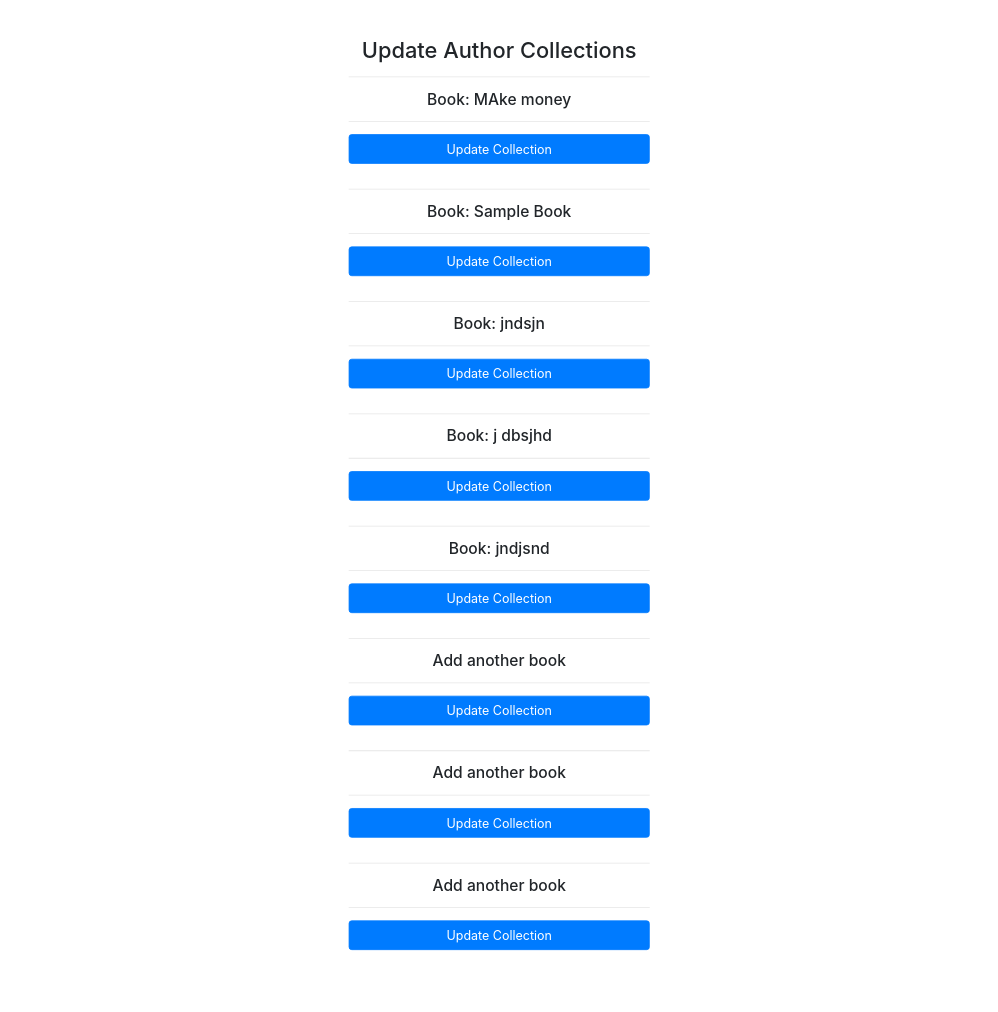
Repository: Temur-Sufiyanov/CBV
Page: http://localhost/author/1/books/edit/
These files come from the project's save history. The page is drawn as it stood at one moment and after the next save; the edit follows.
The browser window is 1280 px wide. The pictures show the whole page, at 78% of full size.
The page is served by the project's application, run on Django 5.2 (manage.py). The page reads the database file committed with the project.

Above is the page before, as saved 2024-12-21 19:48:31.

After the next save:
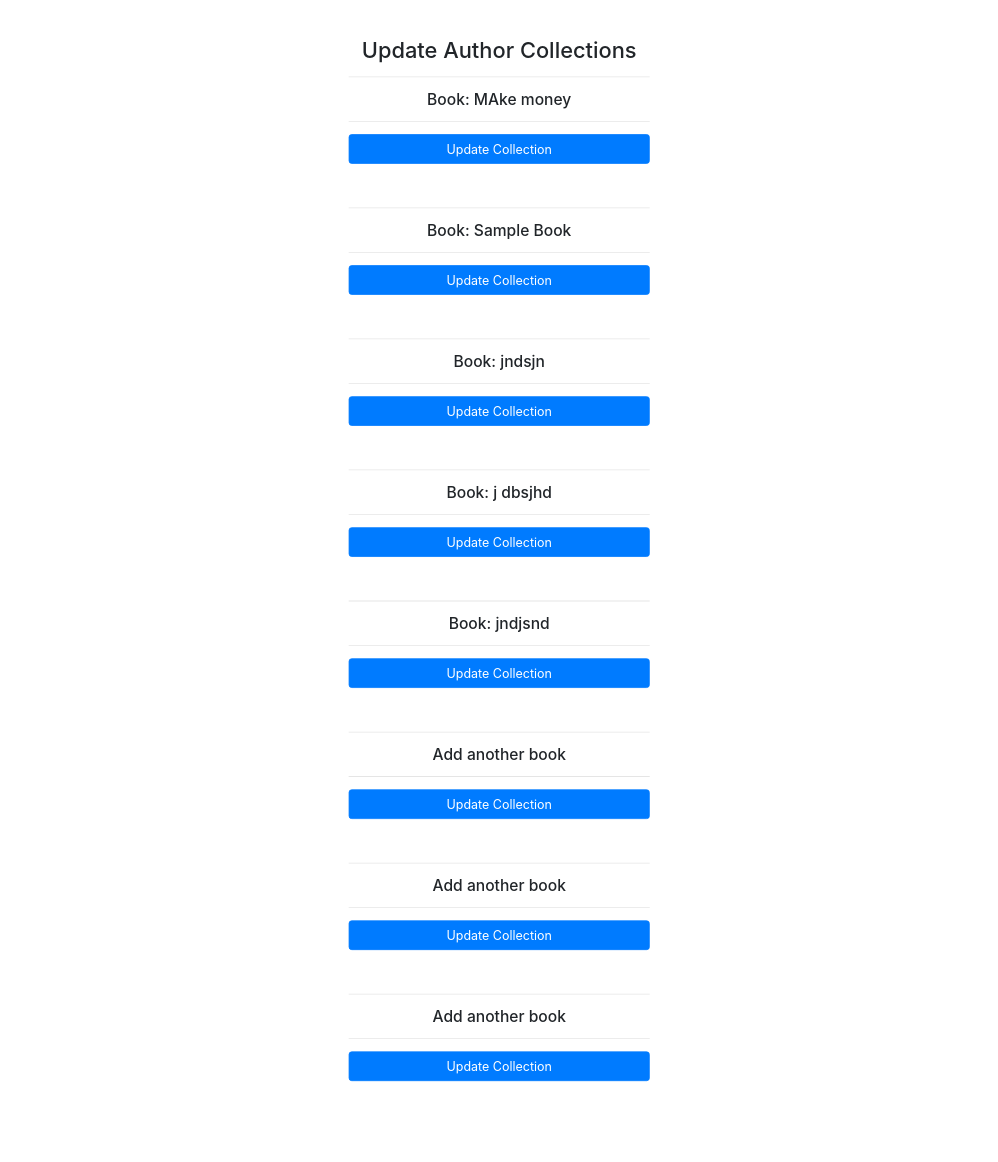
Saved 13 s later.
--- a/new_books/templates/new_books/author_books_edit.html
+++ b/new_books/templates/new_books/author_books_edit.html
@@ -27,7 +27,7 @@
                 <p>
                     <hr>
                     <button type="submit" class="btn btn-primary w-100 mb-3">Update Collection</button>
-                    <a href="{{ author.get_absolute_url }}" role="button"></a>
+                    <a href="{{ author.get_absolute_url }}" role="button" class="btn btn"></a>
                 </p>
             </h5>
         {% endfor %}
